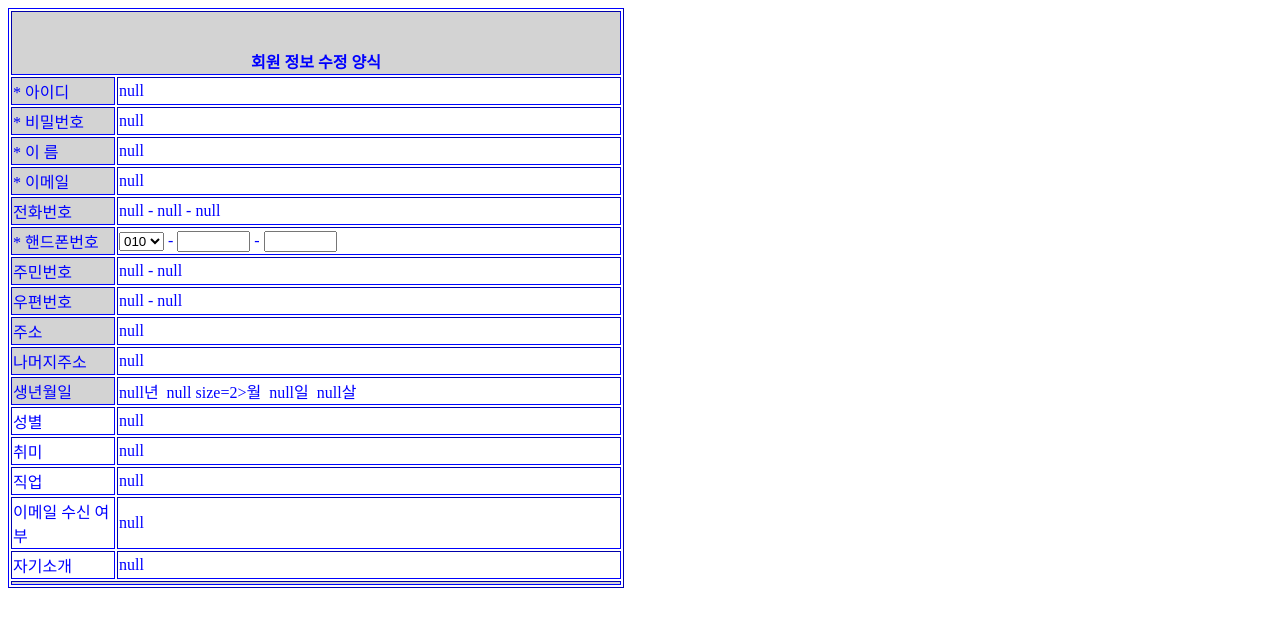
Repository: vkfkstptkd1/WebProgramming
Page: http://localhost/ch3_FormTag/In_Form_ok.jsp
These files come from the project's save history. The page is drawn as it stood at one moment and after the next save; the edit follows.
The browser window is 1280 px wide. The pictures show the whole page.
The page is served by Tomcat 9.

Above is the page before, as saved 2021-03-20 10:07:26.

### ch3_FormTag/WebContent/In_Form_ok.jsp
<%@ page language="java" contentType="text/html; charset=EUC-KR"
    pageEncoding="EUC-KR"%>
<%  request.setCharacterEncoding("euc-kr");  %><!--한글입력전송받을때이거반드시필요.-->
<!DOCTYPE html>
<html>
<head>
<meta charset="EUC-KR">
<title>Insert title here</title>
<style type="text/css">
.style1{border-color:blue;color:blue;}
.style0{color:blue;background-color:lightgrey;}
</style>
</head>
<body>
	<table class="style1" border="1">
	<tr><th class="style0" colspan=2><br><br>회원 정보 수정 양식</th></tr><!--표제목  -->
	<tr><td class="style0" width= "100"> * 아이디</td>
		<td width="500"> <%=request.getParameter("id") %></td>
	</tr>
	<tr><td class="style0"> * 비밀번호</td>
		<td class="style1"> <%=request.getParameter("pwd") %>
		</td>
	</tr>
	<tr><td class="style0"> * 이 름</td>
		<td class="style1">  <%=request.getParameter("name") %></td>
	</tr>
	<tr><td class="style0"> * 이메일</td>
		<td class="style1">  <%=request.getParameter("email") %></td>
	</tr>
	<tr><td class="style0"> 전화번호</td>
		<td class="style1">
			 <%=request.getParameter("homenumber1") %>
			-
			 <%=request.getParameter("homenumber2") %>
			-
			 <%=request.getParameter("homenumber3") %>
		</td>
	</tr>
	<tr><td class="style0"> * 핸드폰번호</td>
		<td class="style1">
		<SELECT >
		<OPTION VALUE="010">010</OPTION>
		<OPTION VALUE="011">011</OPTION>
		<OPTION VALUE="012">012</OPTION>
		</SELECT>
		-
		<input type="text" size=6>
		-
		<input type="text" size=6>
		</td>
	</tr>
	<tr><td class="style0"> 주민번호</td>
		<td class="style1">
			 <%=request.getParameter("ssn1") %>
			 -
			 <%=request.getParameter("ssn2") %>
		</td>
	</tr>
	<tr><td class="style0"> 우편번호</td>
		<td class="style1">
			 <%=request.getParameter("pn1") %>
			 -
			 <%=request.getParameter("pn2") %>
		</td>
	</tr>
	<tr><td class="style0"> 주소</td>
		<td class="style1">
		  <%=request.getParameter("ad") %>
		</td>
	</tr>
	<tr><td class="style0"> 나머지주소</td>
		<td class="style1">
		  <%=request.getParameter("remainderad") %>
		</td>
	</tr>
	<tr><td class="style0"> 생년월일</td>
		<td>  <%=request.getParameter("year") %>년&nbsp;
			  <%=request.getParameter("month") %> size=2>월&nbsp;
			  <%=request.getParameter("day") %>일&nbsp;
			  <%=request.getParameter("age") %>살&nbsp;
		</td>
	</tr>
	<tr><td class="style1"> 성별</td>
		<td class="style1"> <%=request.getParameter("gender") %></td>
	</tr>
	<tr><td class="style1"> 취미</td>
		<td class="style1">
			<%=request.getParameter("hobby") %>
		</td>
	</tr>
	<tr><td class="style1"> 직업</td>
		<td >
		<%=request.getParameter("job") %>
	    </td>
	</tr>
	<tr><td class="style1"> 이메일 수신 여부</td>
		<td class="style1"><%=request.getParameter("emailcheck") %></td>
	</tr>
	<tr><td class="style1"> 자기소개</td>
		<td class="style1">
		<%=request.getParameter("intro") %>
		</td>
	</tr>
	<tr>
		<td class="style0" colspan="2"></td>
	</tr>
	</table>

</body>
</html>

After the next save:
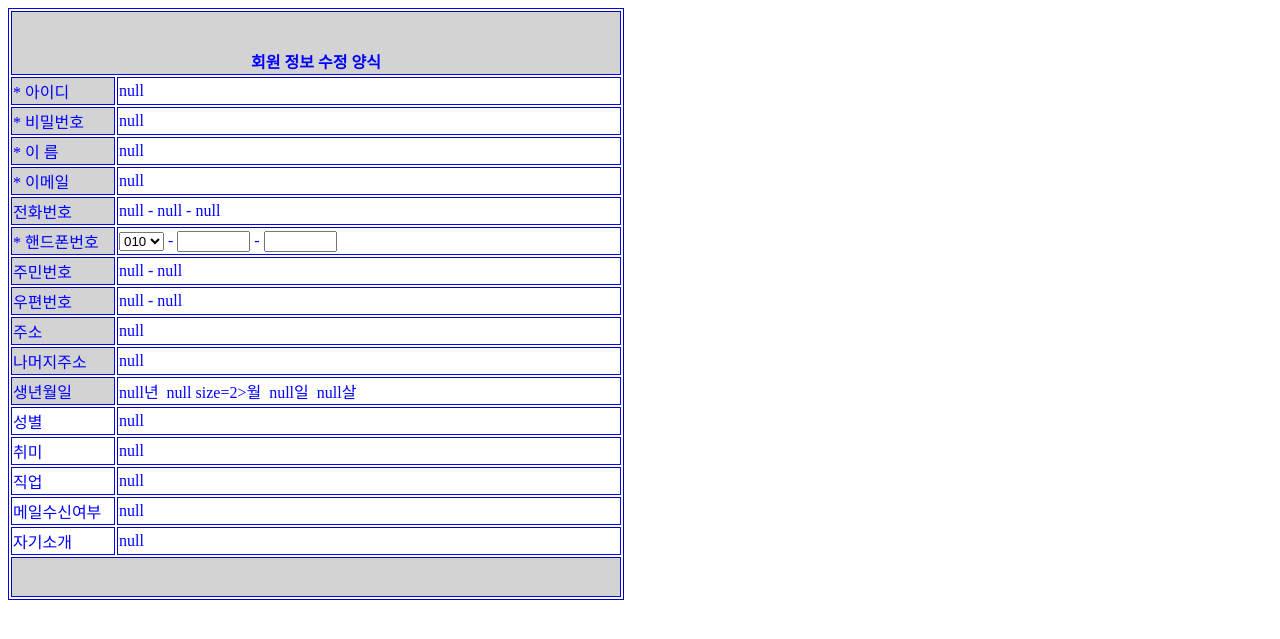
Saved 2 min 35 s later.
--- a/ch3_FormTag/WebContent/In_Form_ok.jsp
+++ b/ch3_FormTag/WebContent/In_Form_ok.jsp
@@ -93,7 +93,7 @@
 		<%=request.getParameter("job") %>
 	    </td>
 	</tr>
-	<tr><td class="style1"> 이메일 수신 여부</td>
+	<tr><td class="style1"> 메일수신여부</td>
 		<td class="style1"><%=request.getParameter("emailcheck") %></td>
 	</tr>
 	<tr><td class="style1"> 자기소개</td>
@@ -102,7 +102,7 @@
 		</td>
 	</tr>
 	<tr>
-		<td class="style0" colspan="2"></td>
+		<td class="style0" colspan="2"><br><br></td>
 	</tr>
 	</table>
 
